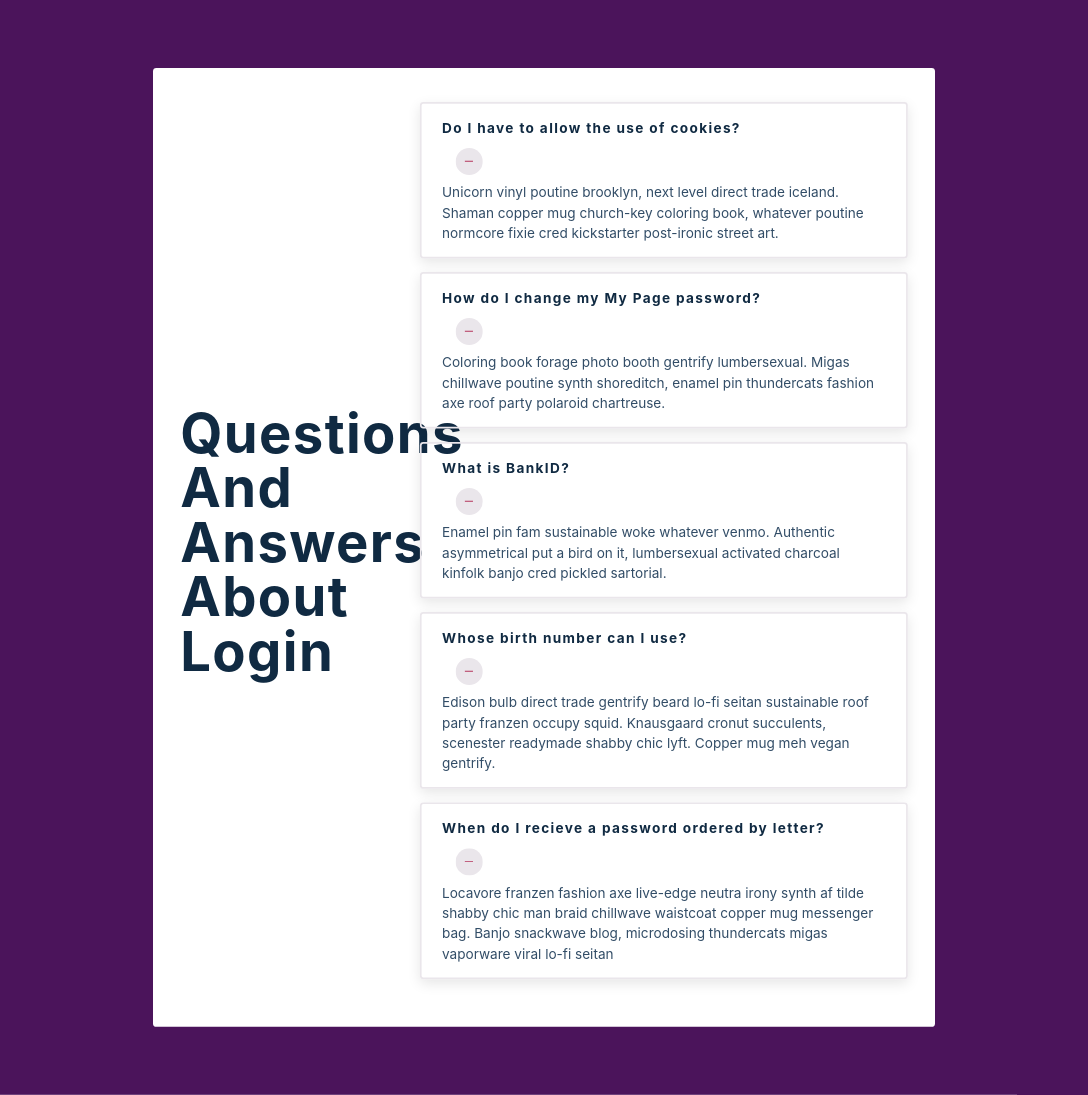
Repository: Reghanoid/Accordion
Page: /
The author's editor kept a copy of each file at every save. The page is drawn from the files as they stood at one save, then again after the next save.
The browser window is 1280 px wide. The pictures show the whole page, at 85% of full size.
The project was rebuilt for these pictures with package versions that can differ from the ones it lists, and the page was loaded fresh each time.

Above is the page before, as saved 2022-06-06 16:58:48.

### src/App.js
import React, { useState } from 'react'
import data from './data'
import SingleQuestion from './Question'
function App() {
  const question = data.map((datum) => {
    const { key, title, info } = datum
    return <SingleQuestion id={key} title={title} info={info} />
  })
  return (
    <main className='container'>
      <header>
        <h1>Questions And Answers About Login</h1>
      </header>
      <div>{question}</div>
    </main>
  )
}

export default App

### src/data.js
const questions = [
  {
    id: 1,
    title: 'Do I have to allow the use of cookies?',
    info:
      'Unicorn vinyl poutine brooklyn, next level direct trade iceland. Shaman copper mug church-key coloring book, whatever poutine normcore fixie cred kickstarter post-ironic street art.',
  },
  {
    id: 2,
    title: 'How do I change my My Page password?',
    info:
      'Coloring book forage photo booth gentrify lumbersexual. Migas chillwave poutine synth shoreditch, enamel pin thundercats fashion axe roof party polaroid chartreuse.',
  },
  {
    id: 3,
    title: 'What is BankID?',
    info:
      'Enamel pin fam sustainable woke whatever venmo. Authentic asymmetrical put a bird on it, lumbersexual activated charcoal kinfolk banjo cred pickled sartorial.',
  },
  {
    id: 4,
    title: 'Whose birth number can I use?',
    info:
      'Edison bulb direct trade gentrify beard lo-fi seitan sustainable roof party franzen occupy squid. Knausgaard cronut succulents, scenester readymade shabby chic lyft. Copper mug meh vegan gentrify.',
  },
  {
    id: 5,
    title: 'When do I recieve a password ordered by letter?',
    info:
      'Locavore franzen fashion axe live-edge neutra irony synth af tilde shabby chic man braid chillwave waistcoat copper mug messenger bag. Banjo snackwave blog, microdosing thundercats migas vaporware viral lo-fi seitan ',
  },
]
export default questions

### src/Question.js
import { display, style } from '@mui/system'
import React, { useState } from 'react'
import { AiOutlineMinus, AiOutlinePlus } from 'react-icons/ai'
const Question = (props) => {
  const [expandText, setExpandText] = useState(true)

  const toggleInfo = () => {
    if (expandText === true) {
      setExpandText(false)
    } else {
      setExpandText(true)
    }
  }

  return (
    <>
      <section className='question'>
        <h4> {props.title} </h4>
        <button
          className='btn'
          onClick={toggleInfo}
          style={{ display: 'flex' }}
        >
          {expandText ? <AiOutlineMinus /> : <AiOutlinePlus />}
        </button>
        <p style={expandText ? { display: 'block' } : { display: 'none' }}>
          {' '}
          {props.info}{' '}
        </p>
      </section>
    </>
  )
}

export default Question

Loaded but not shown: public/index.html (common file); src/index.js (common file); src/index.css (common file)

After the next save:
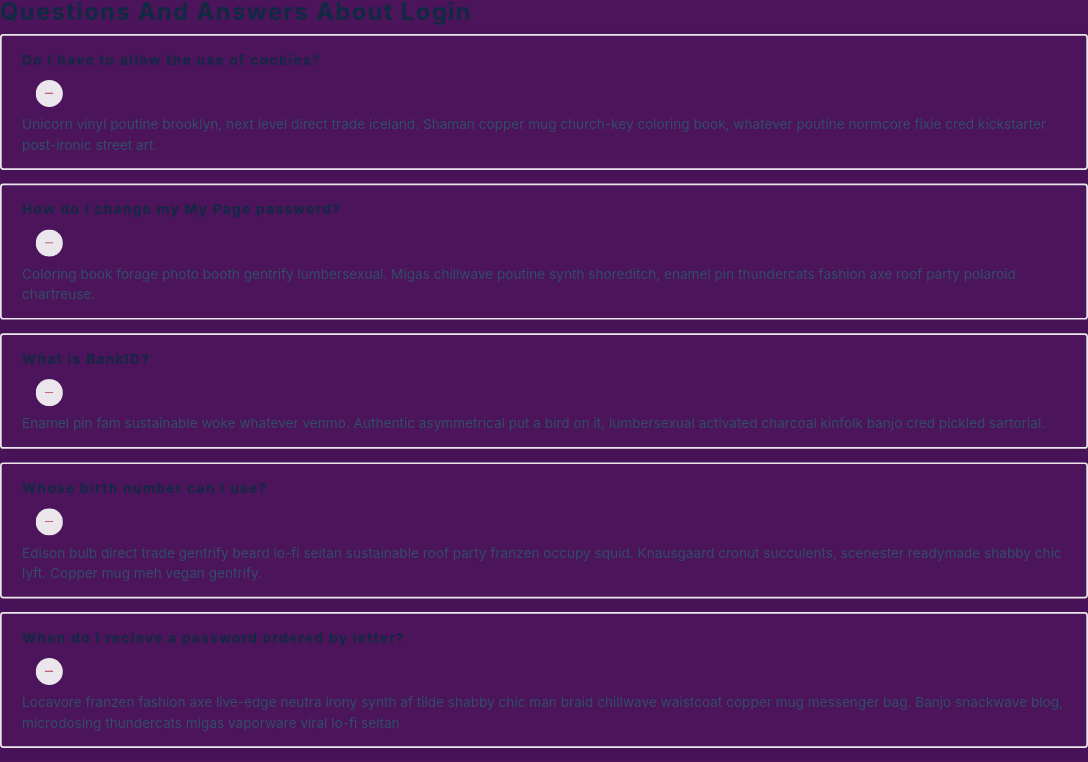
Saved 45 h 37 min later.
--- a/src/App.js
+++ b/src/App.js
@@ -1,18 +1,23 @@
 import React, { useState } from 'react'
+import questions from './data'
 import data from './data'
 import SingleQuestion from './Question'
 function App() {
-  const question = data.map((datum) => {
-    const { key, title, info } = datum
-    return <SingleQuestion id={key} title={title} info={info} />
-  })
+  const [questions, setQuestions] = useState(data)
+
   return (
-    <main className='container'>
-      <header>
-        <h1>Questions And Answers About Login</h1>
-      </header>
-      <div>{question}</div>
-    </main>
+    <div>
+      <main>
+        <div>
+          <h3>Questions and Answers about Login</h3>
+          <section>
+            {questions.map((question) => {
+              return <SingleQuestion key={question.id} {...question} />
+            })}
+          </section>
+        </div>
+      </main>
+    </div>
   )
 }
 
--- a/src/Question.js
+++ b/src/Question.js
@@ -1,6 +1,7 @@
 import { display, style } from '@mui/system'
 import React, { useState } from 'react'
 import { AiOutlineMinus, AiOutlinePlus } from 'react-icons/ai'
+
 const Question = (props) => {
   const [expandText, setExpandText] = useState(true)
 

After the save that followed:
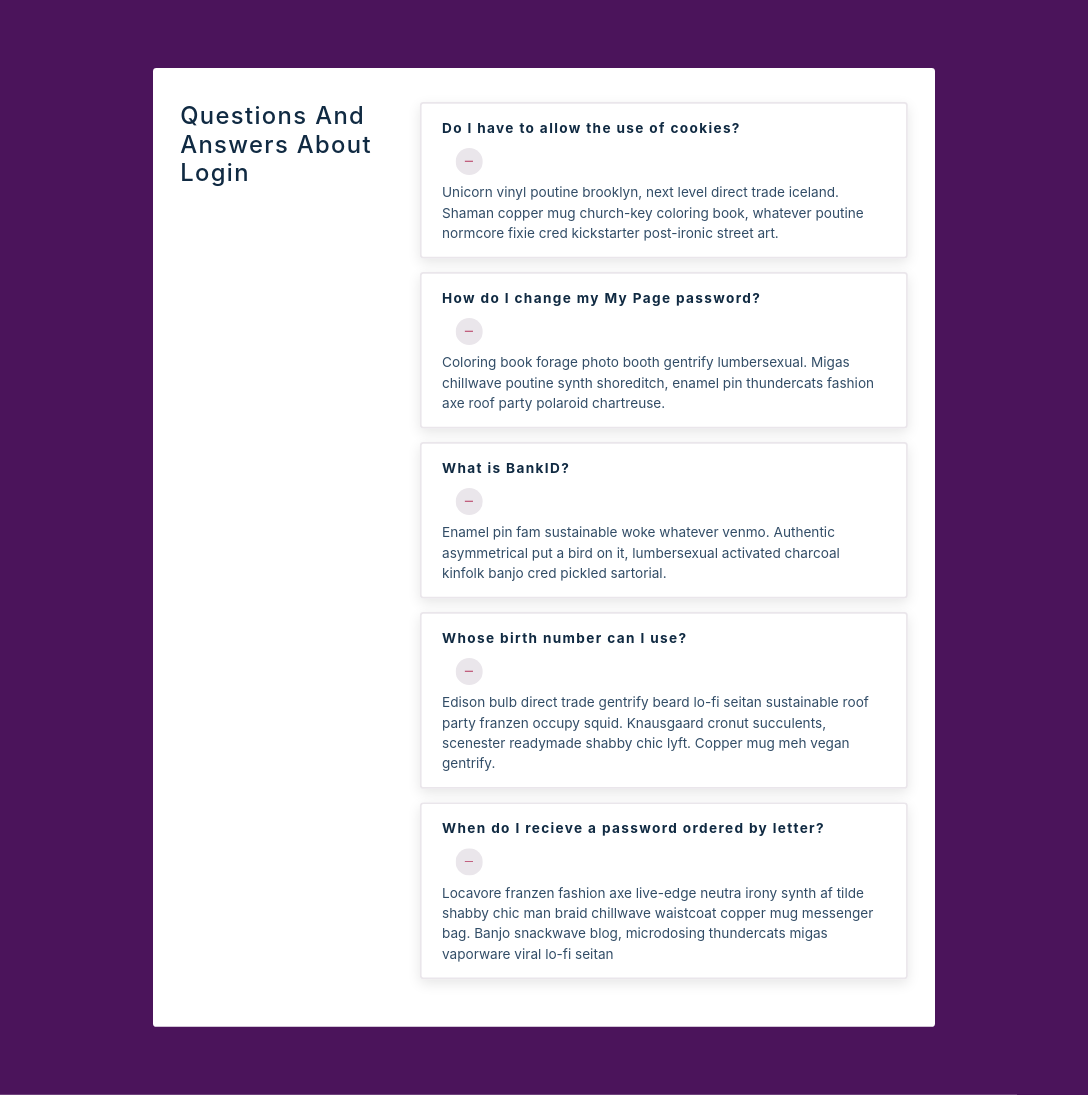
Saved 45 s later.
--- a/src/App.js
+++ b/src/App.js
@@ -8,9 +8,9 @@
   return (
     <div>
       <main>
-        <div>
+        <div className='container'>
           <h3>Questions and Answers about Login</h3>
-          <section>
+          <section className='info'>
             {questions.map((question) => {
               return <SingleQuestion key={question.id} {...question} />
             })}
